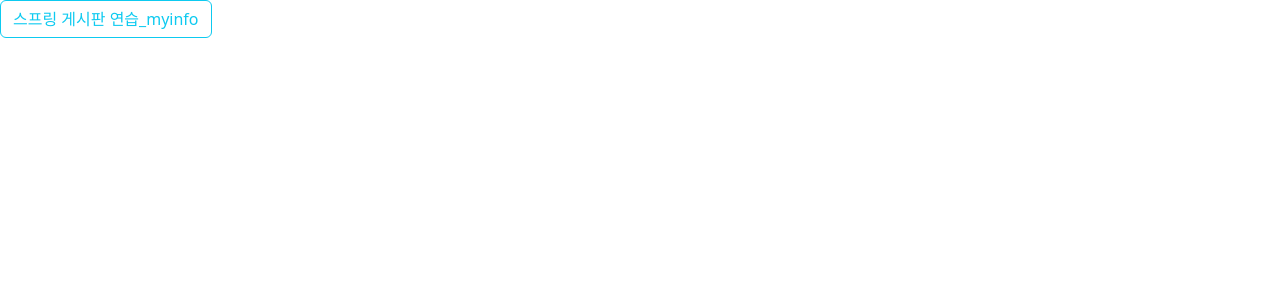
Repository: ssung2sin/sist0615_spring
Page: http://localhost/SpringMvcFileUpload8/
An editor plug-in stored every save of this project. The page is shown before and after the next save, followed by the edit.
The browser window is 1280 px wide. The pictures show the whole page.
Some web fonts or font styles are not loaded; a fallback is used. The page is served by Tomcat 9. Nobody is signed in. The application's start-up code is not run. Other server files are loaded and not shown.

Above is the page before, as saved 2023-10-13 06:28:26.

### SpringMvcFileUpload8/src/main/webapp/index.jsp
<%@ page language="java" contentType="text/html; charset=UTF-8"
    pageEncoding="UTF-8"%>
<%@ taglib uri="http://java.sun.com/jsp/jstl/core" prefix="c"%>
<%@ taglib uri="http://java.sun.com/jsp/jstl/fmt" prefix="fmt"%>
<!DOCTYPE html>
<html>
<head>
<meta charset="UTF-8">
<link href="https://cdn.jsdelivr.net/npm/bootstrap@5.3.0/dist/css/bootstrap.min.css" rel="stylesheet">
<link href="https://fonts.googleapis.com/css2?family=Dongle:wght@300&family=Gaegu:wght@300&family=Nanum+Pen+Script&family=Sunflower:wght@300&display=swap" rel="stylesheet">
<script src="https://code.jquery.com/jquery-3.7.0.js"></script>
<title>Insert title here</title>
</head>
<body>
	<button type="button" class="btn btn-outline-info"
	onclick="location.href='info/list'">스프링 게시판 연습_myinfo</button>
</body>
</html>

After the next save:
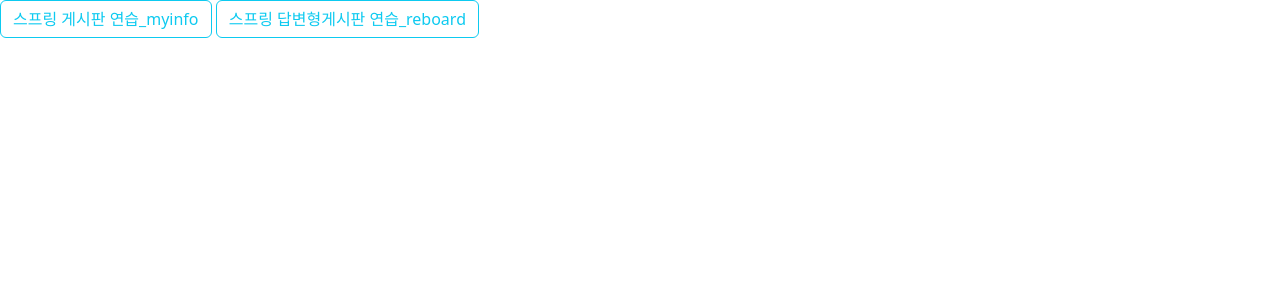
Saved 2 days later.
--- a/SpringMvcFileUpload8/src/main/webapp/index.jsp
+++ b/SpringMvcFileUpload8/src/main/webapp/index.jsp
@@ -14,5 +14,8 @@
 <body>
 	<button type="button" class="btn btn-outline-info"
 	onclick="location.href='info/list'">스프링 게시판 연습_myinfo</button>
+
+	<button type="button" class="btn btn-outline-info"
+	onclick="location.href='board/list'">스프링 답변형게시판 연습_reboard</button>
 </body>
 </html>
